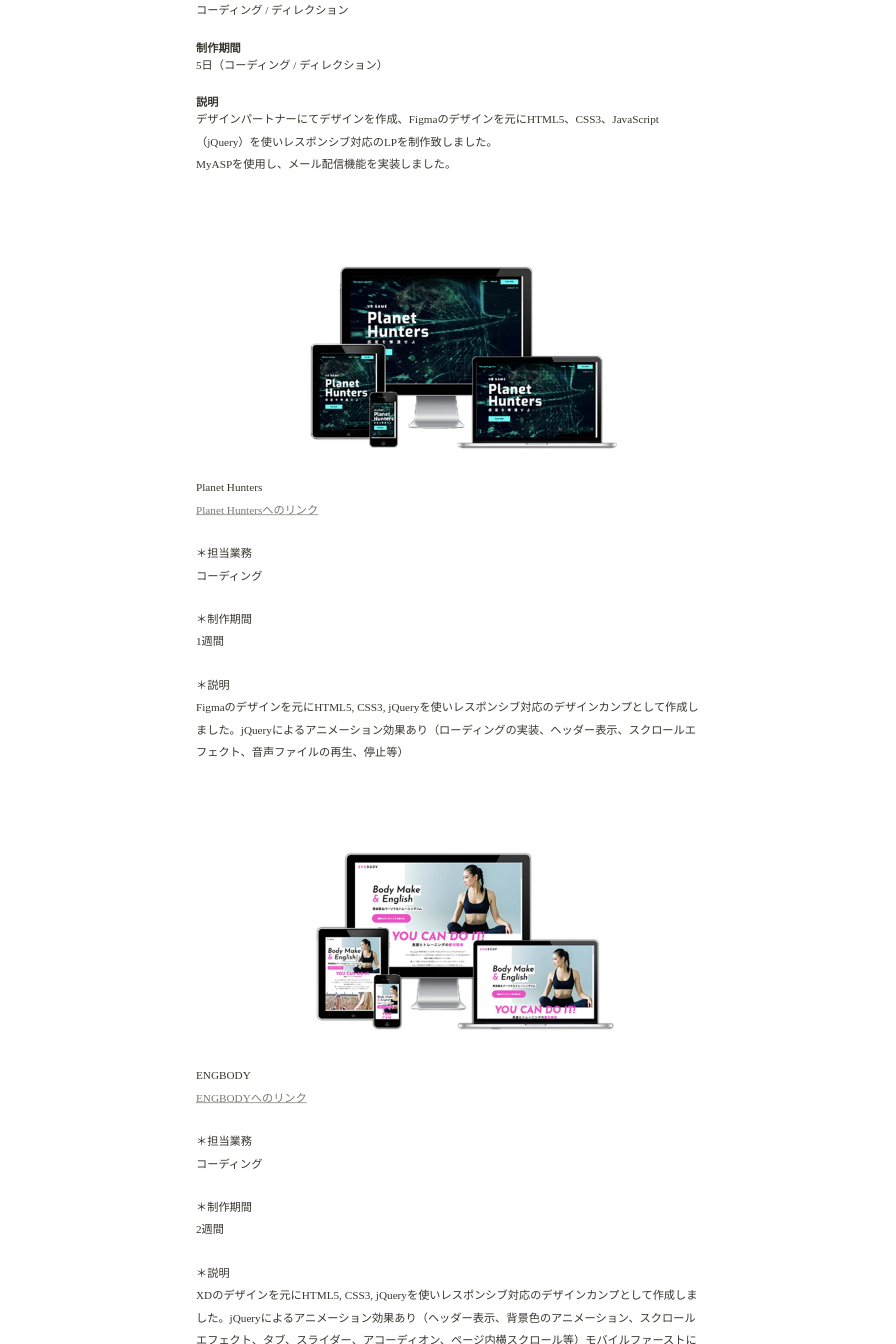
Repository: tetishi/my-portfolio
Page: index.html
These files come from the project's save history. The page is drawn as it stood at one moment and after the next save; the edit follows.
The browser window is 1280 px wide. The pictures show the part of the page from y = 3327 to 5247 px (the page is 11327 px tall before and 11359 px after), at 70% of full size.
The style sheet was rebuilt from its Sass, Less or Tailwind sources for each picture, by a compiler version that may differ from the author's.

Above is the page before, as saved 2024-05-19 15:40:41.

### index.html
<!DOCTYPE html>
<html lang="ja">

<head>
    <meta name="robots" content="noindex">
    <meta charset="UTF-8">
    <meta name="viewport" content="width=device-width, initial-scale=1.0">
    <meta http-equiv="X-UA-Compatible" content="ie=edge">
    <meta property="og:title" content="石田哲朗のポートフォリオ" />
    <meta property="og:type" content="website" />
    <meta property="og:url" content="http://tetsuroishida.com/" />
    <meta property="og:image" content="#" />
    <meta property="og:site_name" content="ポートフォリオ" />
    <meta property="og:description" content="石田哲朗のポートフォリオです。過去の作品、スキル、使用ツール、自己紹介を掲載しております。" />
    <title>石田哲朗のポートフォリオ</title>
    <link rel="stylesheet" href="reset.css">
    <link rel="stylesheet" href="style.css">
    <link rel="icon" href="img/favicon.ico">
</head>

<body>
    <header class="header">
        <div class="header-inner">
            <h1 class="logo">
                <a href="/">
                    <img class="logo_img" src="img/favicon.png" alt="">
                </a>
            </h1>
            <nav class="header-nav">
                <ul class="header-ul">
                    <li class="header-li">
                        <a href="#">過去の作品</a>
                    </li>
                    <li class="header-li">
                        <a href="#">スキル</a>
                    </li>
                    <li class="header-li">
                        <a href="#">使用ツール</a>
                    </li>
                    <li class="header-li">
                        <a href="#">私について</a>
                    </li>
                </ul>
            </nav>
            <button class="mobile-menu_btn">
                <span></span>
                <span></span>
                <span></span>
            </button>
            <div class="mobile-header">
                <nav class="mobile-header_nav">
                    <ul class="mobile-header_ul">
                        <li class="mobile-header_li">
                            <a href="#">過去の作品</a>
                        </li>
                        <li class="mobile-header_li">
                            <a href="#">スキル</a>
                        </li>
                        <li class="mobile-header_li">
                            <a href="#">使用ツール</a>
                        </li>
                        <li class="mobile-header_li">
                            <a href="#">私について</a>
                        </li>
                    </ul>
                </nav>
            </div>
        </div>
    </header>

    <main>

        <section>
            <!-- ここ記入 -->
            <h1>ポートフォリオ<br class="d-none">（石田 哲朗）</h1>
            <p>お忙しい中 ご覧頂きありがとうございます。</p>
            <p>以下、過去の作品でございます。</p>
            <!-- ここ記入 -->
            <!-- <p>ベーシック認証がかかっているものは<br>ID aaa<br>パスワード aaa<br> です。</p> -->
        </section>
        <section>

            <h2>過去の作品</h2>
            <h3 class="sub-tit">LP作成</h3>

            <!-- １作品目 -->
            <div class="work">
                <!-- ここ記入 -->
                <h3 class="work_tit">UNIVERSAL HOLDINGS様／山中湖オリオン</h3>

                <!-- サイトのイメージ写真を入れます -->
                <a class="work_img-link" target="_blank" href="https://orion.universalholdings.jp/">
                    <picture>
                        <source srcset="img/universal-holdings@2x.webp" type="image/webp">
                        <img src="img/universal-holdings@2x.png">
                    </picture>
                </a>
                <p>
                    UNIVERSAL HOLDINGS様の貸別荘ビジネス「山中湖オリオン」についてのLP（ランディングページ）を制作致しました。<br>
                    「山中湖オリオン」は優れた強固な構造が特徴で、長期の運用が可能なフィンランドログを使用した貸別荘です。<br>
                </p>
                <h3 class="details">サイトへのリンク</h3>
                <!-- ここ記入 -->
                <p class="work_link"><a target="_blank" rel="noopener noreferrer" href="https://orion.universalholdings.jp/">UNIVERSAL HOLDINGS様／山中湖オリオンのLPへのリンク</a></p>
                <p class="work_link"><a target="_blank" rel="noopener noreferrer" href="https://orion-salon.universalholdings.jp/">UNIVERSAL HOLDINGS様／山中湖オリオン ABテスト用LPへのリンク</a></p>

                <h3 class="details">担当業務</h3>
                <p>コーディング / WordPress</p>
                <h3 class="details">サイトの目的</h3>
                <p>共同事業パートナーの募集 / 事業の認知</p>
                <h3 class="details">制作期間</h3>
                <!-- ここ記入 -->
                <p>約5日（コーディング / WordPress）</p>
                <h3 class="details">説明</h3>
                <!-- ここ記入 -->
                <p>
                    UNIVERSAL HOLDINGS様の貸別荘ビジネス「山中湖オリオン」についてのLP（ランディングページ）を制作致しました。<br>
                    「山中湖オリオン」は優れた強固な構造が特徴で、長期の運用が可能なフィンランドログを使用した貸別荘です。<br>
                    デザインパートナーにてデザインを作成、Photoshopのデザインを元にHTML5, CSS3, JavaScript(jQuery)を使用しLPをコーディング、WordPress化致しました。<br>
                    ・ユーザーにとってクリックしやすくなるように、ボタンは光るようにコーディングしております。<br>
                    ・ABテスト用に一部異なるデザインのLPも制作致しました。
                </p>
            </div>


            <!-- 2作品目 -->
            <div class="work">
                <!-- ここ記入 -->
                <h3 class="work_tit">合同会社シュアーズ様／AIオートメーションシステムのLP</h3>

                <!-- サイトのイメージ写真を入れます -->
                <a class="work_img-link" target="_blank" href="https://sedori-go.com/automation-b/">
                    <picture>
                        <source srcset="img/automation-b@2x.webp" type="image/webp">
                        <img src="img/automation-b@2x.png">
                    </picture>
                </a>
                <!-- ここ記入 -->
                <p>
                    合同会社シュアーズ様のAIオートメーションシステムについてのLP（ランディングページ）を制作致しました。<br>
                    平凡なサラリーマンがネット販売で独立を叶え、起業初年度に「1億円」を叶えた特効薬（秘密）を初公開しております。
                </p>

                <h3 class="details">サイトへのリンク</h3>
                <p class="work_link"><a target="_blank" rel="noopener noreferrer" href="https://sedori-go.com/automation-b/">AIオートメーションシステムのLPへのリンク</a></p>

                <h3 class="details">担当業務</h3>
                <p>コーディング / ディレクション</p>

                <h3 class="details">サイトの目的</h3>
                <p>サービスの認知 / 新規クライアントの獲得</p>

                <h3 class="details">制作期間</h3>
                <!-- ここ記入 -->
                <p>5日（コーディング / ディレクション）</p>

                <h3 class="details">説明</h3>
                <!-- ここ記入 -->
                <p>デザインパートナーにてデザインを作成、Figmaのデザインを元にHTML5、CSS3、JavaScript（jQuery）を使いレスポンシブ対応のLPを制作致しました。<br>
                    MyASPを使用し、メール配信機能を実装しました。<br>
                    お客様とデザイナーの間に立ち、お客様のご要望が上手くデザイナーに伝わるように、ディレクション業務も行いました。
                </p>
            </div>

            <!-- 3作品目 -->
            <div class="work">
                <h3 class="work_tit">合同会社シュアーズ様／AIオートメーションのLP</h3>

                <!-- サイトのイメージ写真を入れます -->
                <a class="work_img-link" target="_blank" href="https://sedori-go.com/automationlp/">
                    <picture>
                        <source srcset="img/automation-a@2x.webp" type="image/webp">
                        <img src="img/automation-a@2x.png">
                    </picture>
                </a>
                <!-- ここ記入 -->
                <h3 class="details">サイトへのリンク</h3>
                <p class="work_link"><a target="_blank" rel="noopener noreferrer" href="https://sedori-go.com/automationlp/">AIオートメーションのLPへのリンク</a></p>

                <h3 class="details">担当業務</h3>
                <p>コーディング / ディレクション</p>

                <h3 class="details">制作期間</h3>
                <!-- ここ記入 -->
                <!-- <p>11日（6日デザイン、5日コーディング）</p> -->
                <p>5日（コーディング / ディレクション）</p>

                <h3 class="details">説明</h3>
                <!-- ここ記入 -->
                <p>デザインパートナーにてデザインを作成、Figmaのデザインを元にHTML5、CSS3、JavaScript（jQuery）を使いレスポンシブ対応のLPを制作致しました。<br>
                    MyASPを使用し、メール配信機能を実装しました。</p>
            </div>

            <!-- 4作品目 -->
            <div class="work">
                <!-- サイトのイメージ写真を入れます -->
                <picture>
                    <source srcset="img/planet-hunters@2x.webp" type="image/webp">
                    <img src="img/planet-hunters@2x.png">
                </picture>
                <!-- ここ記入 -->
                <p class="work_tit">Planet Hunters</p>
                <!-- ここ記入 -->
                <p class="work_link"><a target="_blank" rel="noopener noreferrer" href="https://tetishi.github.io/planet-hunters/">Planet Huntersへのリンク</a></p>
                <p class="details">＊担当業務</p>
                <p>コーディング</p>
                <p class="details">＊制作期間</p>
                <!-- ここ記入 -->
                <p>1週間</p>
                <p class="details">＊説明</p>
                <!-- ここ記入 -->
                <p>Figmaのデザインを元にHTML5, CSS3, jQueryを使いレスポンシブ対応のデザインカンプとして作成しました。jQueryによるアニメーション効果あり（ローディングの実装、ヘッダー表示、スクロールエフェクト、音声ファイルの再生、停止等）</p>
            </div>

            <!-- 5作品目 -->
            <div class="work">
                <!-- サイトのイメージ写真を入れます -->
                <picture>
                    <source srcset="img/engbody@2x.webp" type="image/webp">
                    <img src="img/engbody@2x.png">
                </picture>
                <!-- ここ記入 -->
                <p class="work_tit">ENGBODY</p>
                <!-- ここ記入 -->
                <p class="work_link"><a target="_blank" rel="noopener noreferrer" href="https://tetishi.github.io/engbody/">ENGBODYへのリンク</a></p>
                <p class="details">＊担当業務</p>
                <p>コーディング</p>
                <p class="details">＊制作期間</p>
                <!-- ここ記入 -->
                <p>2週間</p>
                <p class="details">＊説明</p>
                <!-- ここ記入 -->
                <p>XDのデザインを元にHTML5, CSS3, jQueryを使いレスポンシブ対応のデザインカンプとして作成しました。jQueryによるアニメーション効果あり（ヘッダー表示、背景色のアニメーション、スクロールエフェクト、タブ、スライダー、アコーディオン、ページ内横スクロール等）モバイルファーストによるコーディングを実施しました。</p>
            </div>

            <!-- 　6作品目 -->
            <div class="work">
                <!-- サイトのイメージ写真を入れます -->
                <picture>
                    <source srcset="img/cresta-design@2x.webp" type="image/webp">
                    <img src="img/cresta-design@2x.png">
                </picture>
                <!-- ここ記入 -->
                <p class="work_tit">Cresta Design</p>
                <!-- ここ記入 -->
                <p class="work_link"><a target="_blank" rel="noopener noreferrer" href="https://tetishi.github.io/cresta-design/">Cresta Designへのリンク</a></p>
                <p class="details">＊担当業務</p>
                <p>コーディング</p>
                <p class="details">＊制作期間</p>
                <!-- ここ記入 -->
                <p>2週間</p>
                <p class="details">＊説明</p>
                <!-- ここ記入 -->
                <p>XDのデザインを元にHTML5, CSS3, jQueryを使いレスポンシブ対応のデザインカンプとして作成しました。jQueryによるアニメーション効果あり（ハンバーガーメニュー、ページ内スクロールボタン）</p>
            </div>

            <!-- 　7作品目 -->
            <div class="work">
                <!-- サイトのイメージ写真を入れます -->
                <picture>
                    <source srcset="img/wdc@2x.webp" type="image/webp">
                    <img src="img/wdc@2x.png">
                </picture>
                <!-- ここ記入 -->
                <p class="work_tit">WDC</p>
                <!-- ここ記入 -->
                <p class="work_link"><a target="_blank" rel="noopener noreferrer" href="https://tetishi.github.io/wdc/">WDCへのリンク</a></p>
                <p class="details">＊担当業務</p>
                <p>コーディング</p>
                <p class="details">＊制作期間</p>
                <!-- ここ記入 -->
                <p>2週間</p>
                <p class="details">＊説明</p>
                <!-- ここ記入 -->
                <p>XDのデザインを元にHTML5, CSS3, jQueryを使いレスポンシブ対応のデザインカンプとして作成しました。jQueryによるアニメーション効果あり（ページ内スクロールボタン、トップに戻るボタン）</p>
            </div>

            <!-- 　8作品目 -->
            <div class="work">
                <!-- サイトのイメージ写真を入れます -->
                <picture>
                    <source srcset="img/munchkin@2x.webp" type="image/webp">
                    <img src="img/munchkin@2x.png">
                </picture>
                <!-- ここ記入 -->
                <p class="work_tit">MUNCHKIN</p>
                <!-- ここ記入 -->
                <p class="work_link"><a target="_blank" rel="noopener noreferrer" href="https://tetishi.github.io/munchkin2/">MUNCHKINへのリンク</a></p>
                <p class="details">＊担当業務</p>
                <p>コーディング</p>
                <p class="details">＊制作期間</p>
                <!-- ここ記入 -->
                <p>1週間</p>
                <p class="details">＊説明</p>
                <!-- ここ記入 -->
                <p>XDのデザインを元にHTML5, CSS3, jQueryを使いレスポンシブ対応のデザインカンプとして作成しました。jQueryによるアニメーション効果あり（ハンバーガーメニュー、スクロールボタン）</p>
            </div>


            <h3 class="sub-tit">コーポレイトサイト作成</h3>
            <!-- 　1作品目 -->
            <div class="work">
                <!-- サイトのイメージ写真を入れます -->
                <picture>
                    <source srcset="img/pon-design@2x.webp" type="image/webp">
                    <img src="img/pon-design@2x.png">
                </picture>
                <!-- ここ記入 -->
                <p class="work_tit">PON DESIGN</p>
                <!-- ここ記入 -->
                <p class="work_link"><a target="_blank" rel="noopener noreferrer" href="https://tetishi.github.io/pon-design/">PON DESIGNへのリンク</a></p>
                <p class="details">＊担当業務</p>
                <p>コーディング</p>
                <p class="details">＊制作期間</p>
                <!-- ここ記入 -->
                <p>約18日</p>
                <p class="details">＊説明</p>
                <!-- ここ記入 -->
                <p>XDのデザインを元にHTML5, CSS3, jQueryを使いレスポンシブ対応のデザインカンプとして作成しました。jQueryによるアニメーション効果あり（ハンバーガーメニュー、スライダー等）</p>
            </div>


            <!-- 　2作品目 -->
            <div class="work">
                <!-- サイトのイメージ写真を入れます -->
                <picture>
                    <source srcset="img/start@2x.webp" type="image/webp">
                    <img src="img/start@2x.png">
                </picture>
                <!-- ここ記入 -->
                <p class="work_tit">START</p>
                <!-- ここ記入 -->
                <p class="work_link"><a target="_blank" rel="noopener noreferrer" href="https://tetishi.github.io/">STARTへのリンク</a></p>
                <p class="details">＊担当業務</p>
                <p>コーディング</p>
                <p class="details">＊制作期間</p>
                <!-- ここ記入 -->
                <p>1週間</p>
                <p class="details">＊説明</p>
                <!-- ここ記入 -->
                <p>XDのデザインを元にHTML5, CSS3, jQueryを使いレスポンシブ対応のデザインカンプとして作成しました。jQueryによるアニメーション効果あり（ハンバーガーメニュー）</p>
            </div>

            <!-- <div class="work"> -->
                <!-- サイトのイメージ写真を入れます -->
                <!-- <picture>
                    <source srcset="img/#" type="image/webp">
                    <img src="img/#">
                </picture> -->
                <!-- ここ記入 -->
                <!-- <p class="work_tit">ここに作品のタイトルを入れます</p> -->
                <!-- ここ記入 -->
                <!-- <p class="work_link"><a target="_blank" rel="noopener noreferrer" href="#">ここにリンクを入れます</a></p>
                <p class="details">＊担当業務</p>
                <p>コーディング</p>
                <p class="details">＊制作期間</p> -->
                <!-- ここ記入 -->
                <!-- <p>○週間</p>
                <p class="details">＊説明</p> -->
                <!-- ここ記入 -->
                <!-- <p>ここに説明文を入れます</p>
            </div> -->


        </section>
        <section>
            <h2>スキル</h2>
            <h3 class="info-tit">使用言語</h3>
            <p>HTML / CSS / Sass / Javascript / SEO / PHP</p>
            <h3 class="info-tit">フレ-ムワーク</h3>
            <p>jQuery / WordPress</p>
        </section>
        <section>
            <h2>使用ツール</h2>
            <h3 class="info-tit">エディター</h3>
            <p>Visual Studio Code</p>
            <h3 class="info-tit">テストサーバー</h3>
            <p>シン・クラウド for Free / エックスフリー</p>
            <h3 class="info-tit">バージョン管理ツール</h3>
            <p>GitHub</p>
            <h3 class="info-tit">連絡ツール</h3>
            <p>slack / Chatwork</p>
        </section>
        <section>
            <h2>私について</h2>
            <!-- 自分の写真を入れます -->
            <picture>
                <source srcset="img/myself.webp" type="image/webp">
                <img class="people" src="img/myself.jpeg">
            </picture>
            <!-- <img class="people" src="img/myself.jpeg"> -->
            <h3 class="info-tit">名前</h3>
            <!-- ここ記入 -->
            <p>石田 哲朗</p>
            <h3 class="info-tit">生年月日</h3>
            <!-- ここ記入 -->
            <p>1992年11月12日</p>
            <h3 class="info-tit">出身</h3>
            <!-- ここ記入 -->
            <p>奈良県</p>
            <h3 class="info-tit">経歴</h3>
            <!-- ここ記入 -->
            <ul class="carrier-list">
                <li class="carrier-item">
                    <p class="carrier-year">2015</p>
                    <p class="carrier-content">大阪の大学を経済学部で卒業</p>
                </li>
                <li class="carrier-item">
                    <p class="carrier-year">2015 - 2017</p>
                    <p class="carrier-content">アメリカ、ロサンゼルスの語学学校で英語を学ぶ</p>
                </li>
                <li class="carrier-item">
                    <p class="carrier-year">2017 - 2019</p>
                    <p class="carrier-content">カリフォルニア州オークランドにあるLaney Collegeにてコンピュータプログラミング専攻し卒業</p>
                </li>
                <li class="carrier-item">
                    <p class="carrier-year">2019</p>
                    <p class="carrier-content">フリーランスのWebエンジニアとして活動</p>
                </li>
                <li class="carrier-item">
                    <p class="carrier-year">2019 - 2020</p>
                    <p class="carrier-content">プログラミングスクールにてRuby on Ralisなどを学び実際に業務としてWeb開発を実施</p>
                </li>
                <li class="carrier-item">
                    <p class="carrier-year">2021 ~ 2023</p>
                    <p class="carrier-content">ネットワークエンジニアとして勤務</p>
                </li>
                <li class="carrier-item">
                    <p class="carrier-year">2022 ~ 現在</p>
                    <p class="carrier-content">フリーランスのWebエンジニアとして活動中</p>
                </li>
            </ul>
        </section>



    </main>

    <footer class="footer">
        <div class="footer-copyright">
            <p>
                © 2023 Tetsuro Ishida's portfolio All rights reserved
            </p>
        </div>
    </footer>

</body>

</html>

### reset.css
/*
html5doctor.com Reset Stylesheet
v1.6.1
Last Updated: 2010-09-17
Author: Richard Clark - http://richclarkdesign.com
Twitter: @rich_clark
*/

html,
body,
div,
span,
object,
iframe,
h1,
h2,
h3,
h4,
h5,
h6,
p,
blockquote,
pre,
abbr,
address,
cite,
code,
del,
dfn,
em,
img,
ins,
kbd,
q,
samp,
small,
strong,
sub,
sup,
var,
b,
i,
dl,
dt,
dd,
ol,
ul,
li,
fieldset,
form,
label,
legend,
table,
caption,
tbody,
tfoot,
thead,
tr,
th,
td,
article,
aside,
canvas,
details,
figcaption,
figure,
footer,
header,
hgroup,
menu,
nav,
section,
summary,
time,
mark,
audio,
video {
    margin: 0;
    padding: 0;
    border: 0;
    outline: 0;
    font-size: 100%;
    vertical-align: baseline;
    background: transparent;
}

body {
    line-height: 1;
}

article,
aside,
details,
figcaption,
figure,
footer,
header,
hgroup,
menu,
nav,
section {
    display: block;
}

nav ul {
    list-style: none;
}

blockquote,
q {
    quotes: none;
}

blockquote:before,
blockquote:after,
q:before,
q:after {
    content: '';
    content: none;
}

a {
    margin: 0;
    padding: 0;
    font-size: 100%;
    vertical-align: baseline;
    background: transparent;
}


/* change colours to suit your needs */

ins {
    background-color: #ff9;
    color: #000;
    text-decoration: none;
}


/* change colours to suit your needs */

mark {
    background-color: #ff9;
    color: #000;
    font-style: italic;
    font-weight: bold;
}

del {
    text-decoration: line-through;
}

abbr[title],
dfn[title] {
    border-bottom: 1px dotted;
    cursor: help;
}

table {
    border-collapse: collapse;
    border-spacing: 0;
}


/* change border colour to suit your needs */

hr {
    display: block;
    height: 1px;
    border: 0;
    border-top: 1px solid #cccccc;
    margin: 1em 0;
    padding: 0;
}

input,
select {
    vertical-align: middle;
}


/*end reset css*/

### style.scss
$main-color: #AAC8E9;
img {
    width: 100%;
}

h1,
h2,
h3,
p {
    color: #37352F;
}

a {
    color: #7A7975;
}

h1 {
    font-size: 2.5rem;
    margin-bottom: 50px;
}

h2 {
    background-color: $main-color;
    font-size: 1.5rem;
    padding: 10px;
    margin-top: 100px;
}

p {
    line-height: 2;
}

.d-flex {
    display: flex;
}

.d-none {
    display: none;
}

.d-block {
    display: block;
}

header {
    height: 80px;
    width: 100%;
    position: fixed;
    top: 0;
    background-color: #ffffff;
    margin-bottom: 50px;
    display: flex;
    align-items: center;
    box-shadow: 0 3px 3px -3px rgba(0, 0, 0, .2);

    .logo {
        width: 150px;
    }
}

.header-inner {
    width: 90%;
    margin: 0 auto;
    display: flex;
    align-items: center;
    justify-content: space-between;
}

.header-ul {
    display: flex;
    // align-items: center;
    // justify-content: space-between;
}

.header-li {
    padding-left: 40px;
    font-weight: bold;

    a {
        color: #37352F;
        text-decoration: none;
    }
}

.mobile-menu_btn {
    display: none;
}

.mobile-header {
    transform: translateX(100%);
    background-color: #ffffff;
    position: fixed;
    top: 0;
    right: 0;
}


main {
    max-width: 800px;
    width: 80%;
    margin: 150px auto;
}

.sub-tit {
    margin-top: 70px;
    margin-bottom: -60px;
}

.info-tit {
    margin: 30px 0 10px 0;
}

.work {
    width: 90%;
    margin: 0 auto;
    margin-top: 100px;
    img {
        max-height: 300px;
        object-fit: contain;
        margin: 0 auto;
        margin-bottom: 30px;
        display: block;
    }
    .d-flex img {
        max-width: 450px;
        width: 70%;
    }
}

.details {
    margin-top: 30px;
}

.people {
    height: 200px;
    width: 20%;
    object-fit: cover;
    margin-top: 50px;
}

.carrier-item {
    display: flex;
    .carrier-year {
        white-space: nowrap;
        width: 20%;
    }
    .carrier-content {
        width: 80%;
    }
}

@media all and (max-width:650px) {
    main {
        width: 90%;
        margin: 100px auto;
    }
    .d-flex {
        display: block;
    }
    .d-none {
        display: block;
    }
    .d-block {
        display: none !important;
    }
    h1 {
        font-size: 2rem;
    }
    .header-nav {
        display: none;
    }
    .mobile-menu_btn {
        display: block;
        border: none;
        cursor: pointer;

        span {
            background-color: #37352F;
            width: 30px;
            height: 5px;
            display: block;
            margin: 0 auto 6px;
            transition: transform .7s;
            position: relative;

            &:last-child {
                margin-bottom: 0;
            }
        }
    }
    .people {
        display: block;
        width: 50%;
        margin: 0 auto;
        margin-top: 30px;
    }
    .carrier-item {
        display: block;
        padding: 10px 0;
        &:first-of-type {
            padding: 0 0 10px;
        }
        .carrier-year {
            width: 100%;
        }
        .carrier-content {
            width: 100%;
        }
    }
}

After the next save:
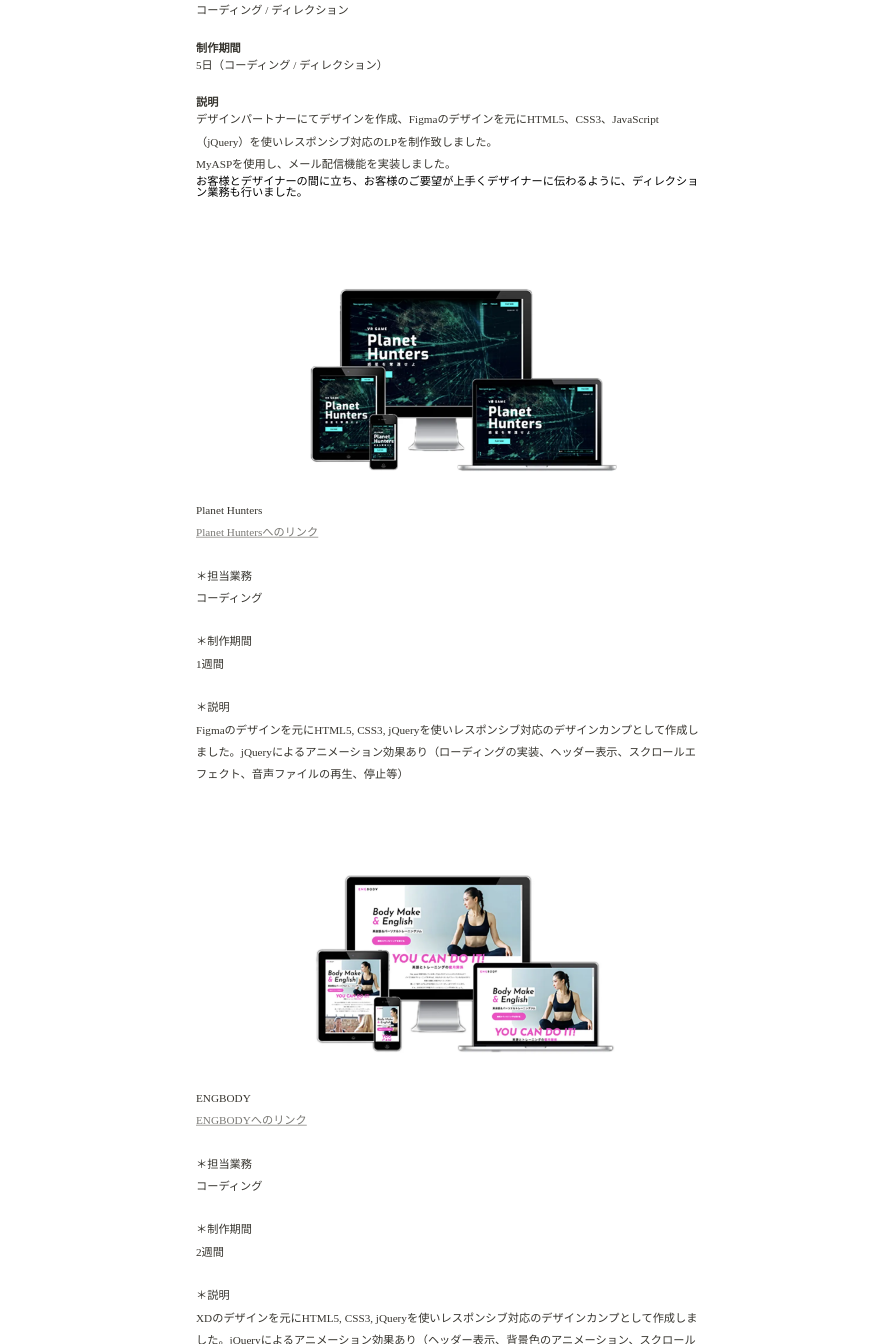
Saved 16 s later.
--- a/index.html
+++ b/index.html
@@ -189,6 +189,7 @@
                 <!-- ここ記入 -->
                 <p>デザインパートナーにてデザインを作成、Figmaのデザインを元にHTML5、CSS3、JavaScript（jQuery）を使いレスポンシブ対応のLPを制作致しました。<br>
                     MyASPを使用し、メール配信機能を実装しました。</p>
+                    お客様とデザイナーの間に立ち、お客様のご要望が上手くデザイナーに伝わるように、ディレクション業務も行いました。
             </div>
 
             <!-- 4作品目 -->
